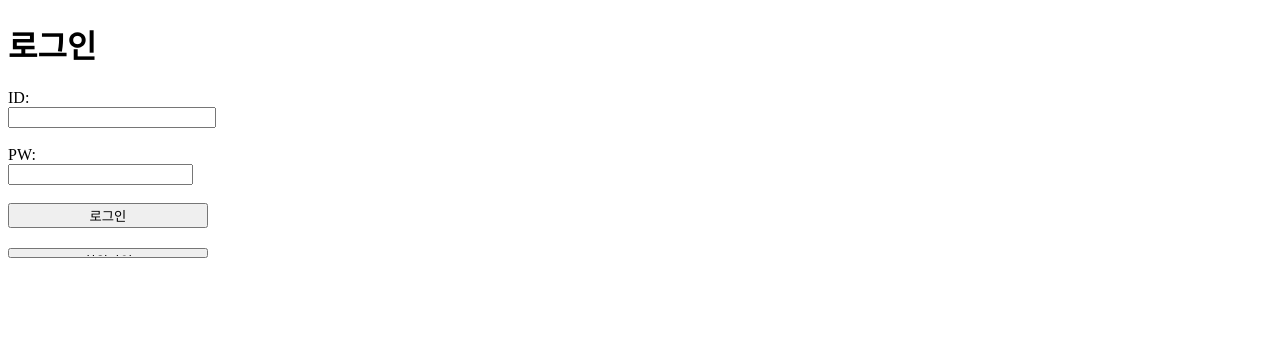
Repository: euniiee/test11
Page: http://localhost/Project/Login.jsp
An editor plug-in stored every save of this project. The page is shown before and after the next save, followed by the edit.
The browser window is 1280 px wide. The pictures show the whole page.
The page is served by Tomcat 9. Other server files are loaded and not shown.

Above is the page before, as saved 2023-02-01 01:16:34.

### Project/WebContent/Login.jsp
<%@ page language="java" contentType="text/html; charset=UTF-8"
    pageEncoding="UTF-8"%>
<!DOCTYPE html>
<html>
<head>
<meta charset="UTF-8">
<title>Insert title here</title>
<script src="https://code.jquery.com/jquery-3.6.3.js" integrity="sha256-nQLuAZGRRcILA+6dMBOvcRh5Pe310sBpanc6+QBmyVM=" crossorigin="anonymous"></script>
<style>

</style>
</head>
<body>
	<form style="width:200px">
		<h1>로그인</h1>
		<div>ID: <input style="width:100%"type="text" class="id" name="id"  required></div><br/>
		<div style="width:100%">PW: <input type="password" class="pw" name="pw" required></div><br/>
		<input type="submit" value="로그인" style="width:100%; margin-bottom:20px"><br>
		<input type="submit" value="회원가입" style="width:100%; height:10px "><br>
	</form>
</body>
</html>

After the next save:
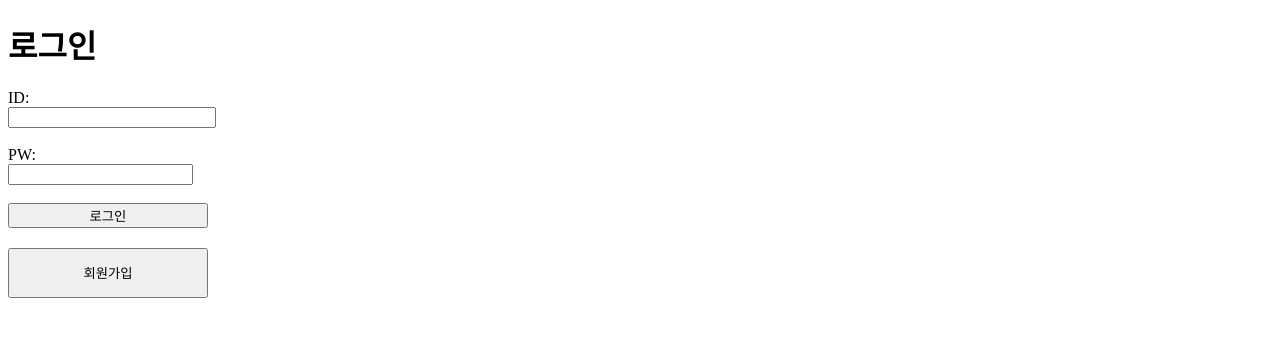
Saved 8 s later.
--- a/Project/WebContent/Login.jsp
+++ b/Project/WebContent/Login.jsp
@@ -16,7 +16,7 @@
 		<div>ID: <input style="width:100%"type="text" class="id" name="id"  required></div><br/>
 		<div style="width:100%">PW: <input type="password" class="pw" name="pw" required></div><br/>
 		<input type="submit" value="로그인" style="width:100%; margin-bottom:20px"><br>
-		<input type="submit" value="회원가입" style="width:100%; height:10px "><br>
+		<input type="submit" value="회원가입" style="width:100%; height:50px "><br>
 	</form>
 </body>
 </html>
